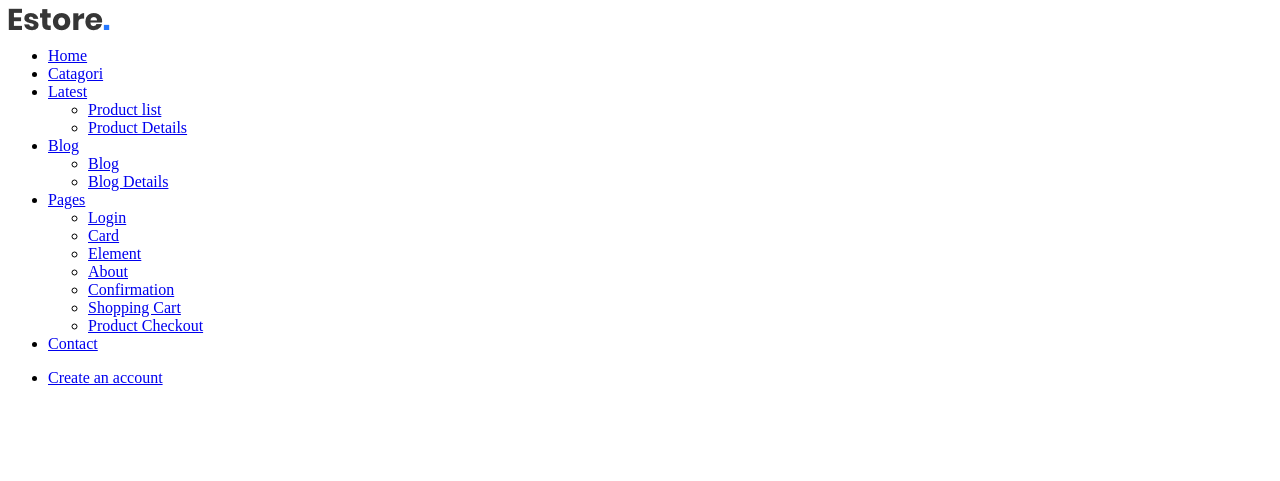
Repository: tuanloc782004/Estore-Bookshop-Website
Page: http://localhost/auth/layout/header
The author's editor kept a copy of each file at every save. The page is drawn from the files as they stood at one save, then again after the next save.
The browser window is 1280 px wide. The pictures show the whole page.
The page is this project's Thymeleaf template; nobody is signed in. The template is opened directly, without the code that normally fills it, so the values that code supplies are empty.

Above is the page before, as saved 2024-10-26 03:32:50.

After the next save:
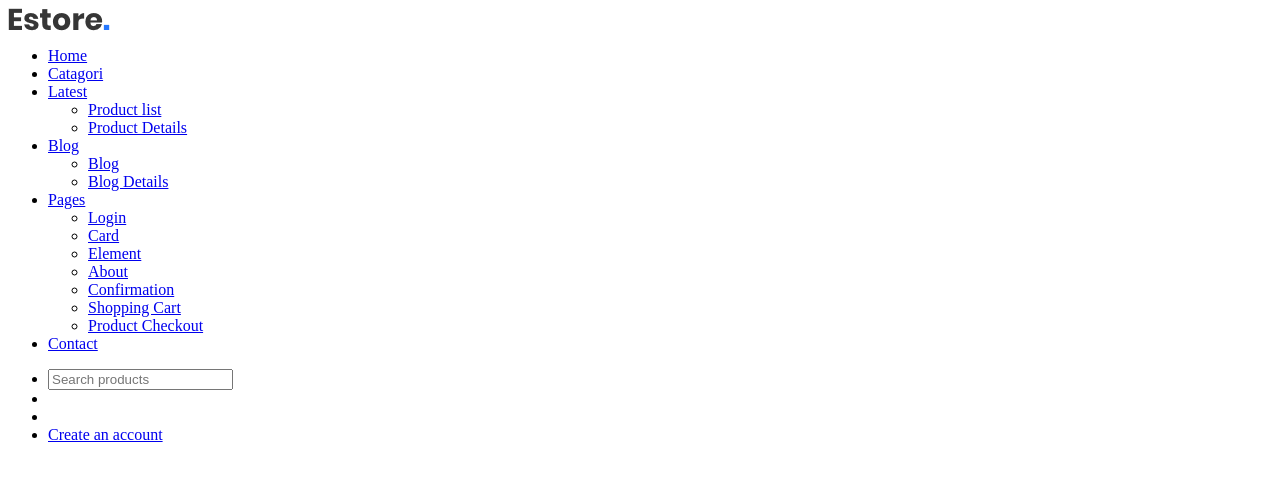
Saved 32 s later.
--- a/myscp/src/main/resources/templates/auth/layout/header.html
+++ b/myscp/src/main/resources/templates/auth/layout/header.html
@@ -47,6 +47,24 @@
 						<div class="col-xl-5 col-lg-3 col-md-3 col-sm-3 fix-card">
 							<ul
 								class="header-right f-right d-none d-lg-block d-flex justify-content-between">
+								<li class="d-none d-xl-block">
+									<div class="form-box f-right ">
+										<input type="text" name="Search" placeholder="Search products">
+										<div class="search-icon">
+											<i class="fas fa-search special-tag"></i>
+										</div>
+									</div>
+								</li>
+								<li class=" d-none d-xl-block">
+									<div class="favorit-items">
+										<i class="far fa-heart"></i>
+									</div>
+								</li>
+								<li>
+									<div class="shopping-card">
+										<a href="cart.html"><i class="fas fa-shopping-cart"></i></a>
+									</div>
+								</li>
 								<li class="d-none d-lg-block"><a href="#"
 									class="btn header-btn">Create an account</a></li>
 							</ul>
